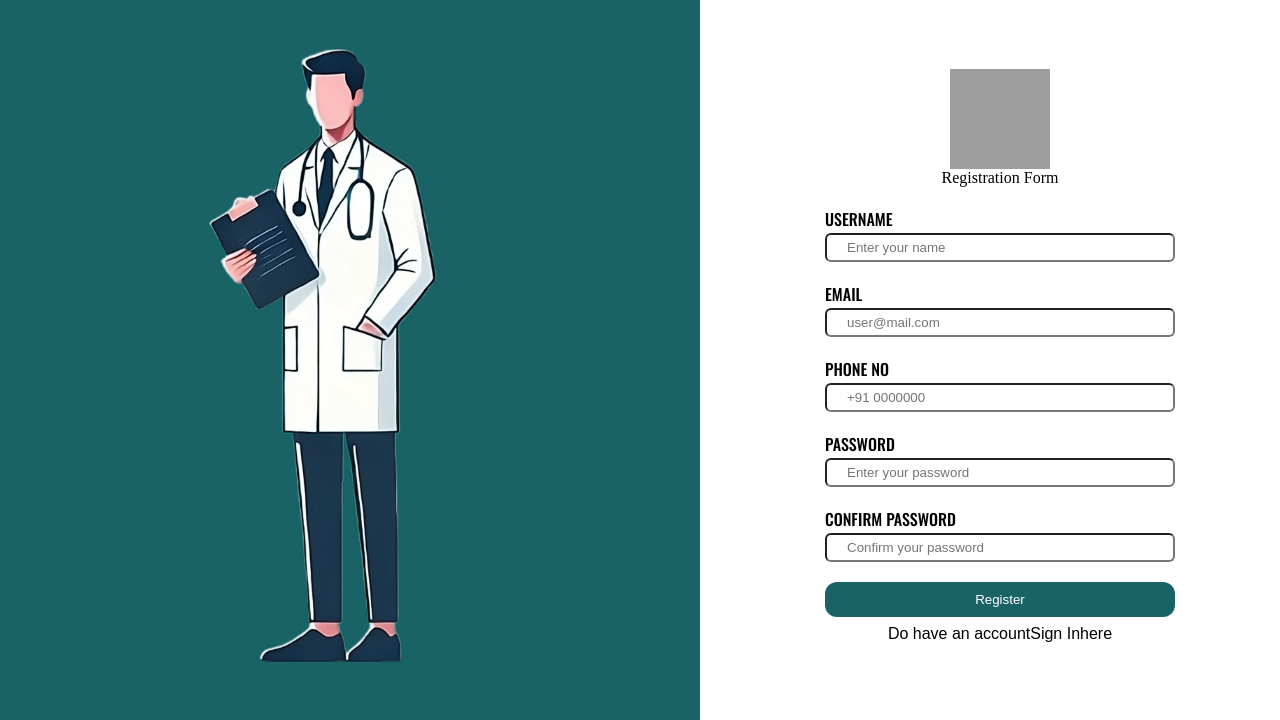
Repository: AriaFantom/Minor-Project
Page: http://localhost/Project/register.jsp
These files come from the project's save history. The page is drawn as it stood at one moment and after the next save; the edit follows.
The browser window is 1280 px wide. The pictures show the whole page.
Pictures or frames that could not be fetched are drawn as grey boxes. Some web fonts or font styles are not loaded; a fallback is used. The page is served by Tomcat 10. Other server files are loaded and not shown.

Above is the page before, as saved 2024-12-01 13:55:16.

### Project/src/main/webapp/register.jsp
<%@ page language="java" contentType="text/html; charset=UTF-8"
    pageEncoding="UTF-8"%>
<!DOCTYPE html>
<html lang="en">
<head>
    <meta charset="UTF-8">
    <title>Title</title>
    <link rel="stylesheet" href="css/register.css">
</head>
<body>
<main>
    <div class="aside-form">
        <img src="assets/form-side-vector.png" alt="vector">
    </div>
    <div class="form-section">
        <img src="assets/icons/logo.png" alt="logo">
        <p>Registration Form</p>
        <form method="post" action="RegisterServlet">
            <label for="name">Username</label>
            <input type="text" id="name" name="username" placeholder="Enter your name">
            <label for="email">Email</label>
            <input type="email" id="email" name="email" placeholder="user@mail.com">
            <label for="phno">Phone No</label>
            <input type="number" id="phno" name="phno" placeholder="+91 0000000">
            <label for="password">Password</label>
            <input type="password" id="password" name="password" placeholder="Enter your password">
            <label for="confirm-password">Confirm Password</label>
            <input type="password" id="confirm-password" placeholder="Confirm your password">
            <button>Register</button>
        </form>
        <p class="form-footer">Do have an account<a>Sign In</a>here</p>
    </div>
</main>
</body>
</html>

### Project/src/main/webapp/css/register.css
@charset "UTF-8";

@import url('https://fonts.googleapis.com/css2?family=Oswald:wght@200..700&display=swap');
@import url('https://fonts.googleapis.com/css2?family=Open+Sans:ital,wght@0,300..800;1,300..800&display=swap');
@import url('https://fonts.googleapis.com/css2?family=DM+Serif+Text:ital@0;1&family=PT+Sans:ital,wght@0,400;0,700;1,400;1,700&display=swap');
* {
    box-sizing: border-box;
    margin: 0;
    padding: 0;
}

body {
    margin: 0;
    padding: 0;

}

main {
    display: grid;
    grid-template-columns: 1fr 1fr;
    gap: 20px;
    justify-content: center;
    align-items: center;
    height: 100vh;
}

.form-footer {
	font-family: 'DM Serif Text', sans-serif;
    margin: 8px 0;
}

main img {
    width: 100px;
    height: 100px;
}
.form-section {
    display: flex;
    flex-direction: column;
    justify-content: center;
    align-items: center;
    width: 100%;
}

.form-heading {
    font-family: 'Oswald', sans-serif;
    font-size: 2rem;
    margin-bottom: 20px;
    text-transform: uppercase;
}

form {
    display: flex;
    flex-direction: column;
    justify-content: center;
    width: 350px;
}

form label {
    font-family: 'Oswald', sans-serif;
    margin-top: 20px;
    margin-bottom: 2px;
    font-weight: 500;
    text-transform: uppercase;
}
form input {
    font-family: 'DM Serif Text', sans-serif;
    padding: 5px 20px;
    border-radius: 6px;
}

form button {
    font-family: 'DM Serif Text', sans-serif;
    margin-top: 20px;
    padding: 10px;
    background-color: #196366;
    color: #fff;
    border: none;
    cursor: pointer;
    border-radius: 12px;
}

.aside-form {
    background: #196366;
    height: 100%;
    width: 100%;
    display: flex;
    align-items: center;
    justify-content: center;
}

.aside-form img {
    width: 700px;
    height: 700px;
}
.alert {
            padding: 15px;
            margin: 20px auto;
            border-radius: 4px;
            width: 95%;
            font-size: 16px;
            text-align: center;
}
.alert-success {
            color: #155724;
            background-color: #d4edda;
            border: 1px solid #c3e6cb;
}
.alert-danger {
            color: #721c24;
            background-color: #f8d7da;
            border: 1px solid #f5c6cb;
 }
.errordiv {
	display: flex;
	flex-direction: column;
	align-items:center;
	justify-content:center;
	background-color: #96c2c2;
	height: 100vh;
	width: 100%;
	font-family: "Poppins", sans-serif;
}

.errordiv h1 {
	text-transform: uppercase;
}

After the next save:
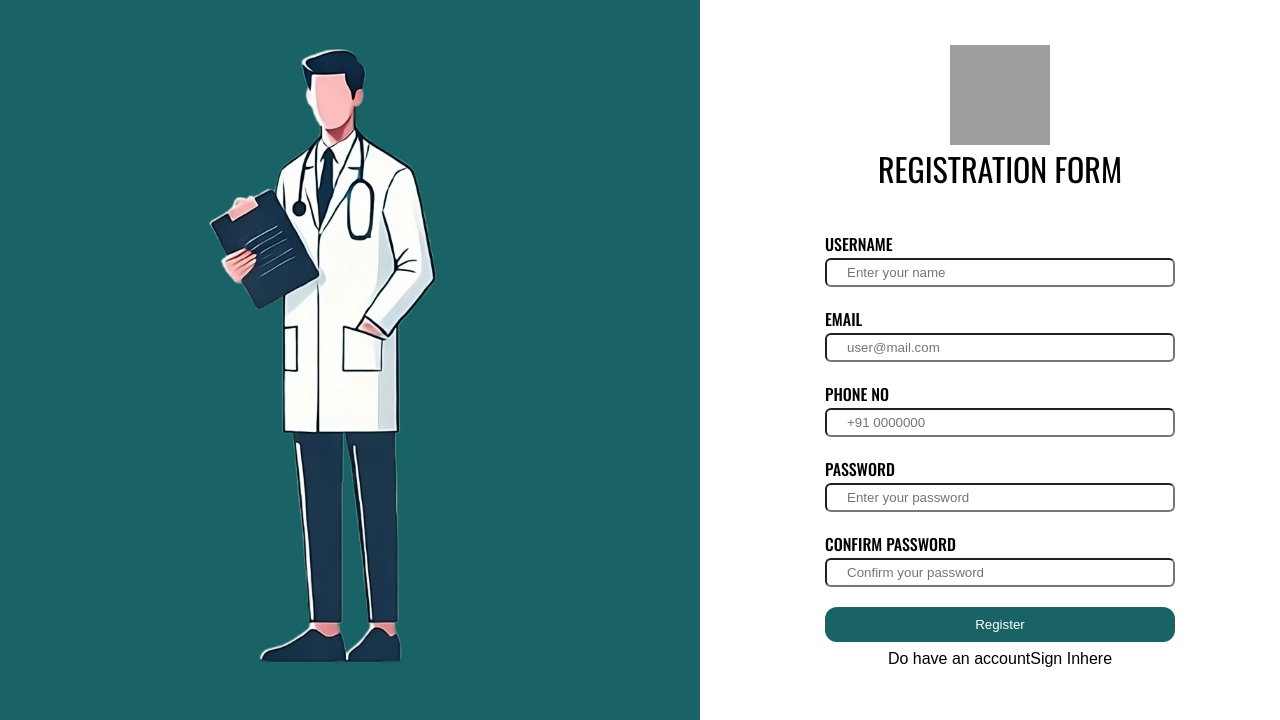
Saved 25 s later.
--- a/Project/src/main/webapp/register.jsp
+++ b/Project/src/main/webapp/register.jsp
@@ -14,7 +14,7 @@
     </div>
     <div class="form-section">
         <img src="assets/icons/logo.png" alt="logo">
-        <p>Registration Form</p>
+        <p class="form-heading">Registration Form</p>
         <form method="post" action="RegisterServlet">
             <label for="name">Username</label>
             <input type="text" id="name" name="username" placeholder="Enter your name">
